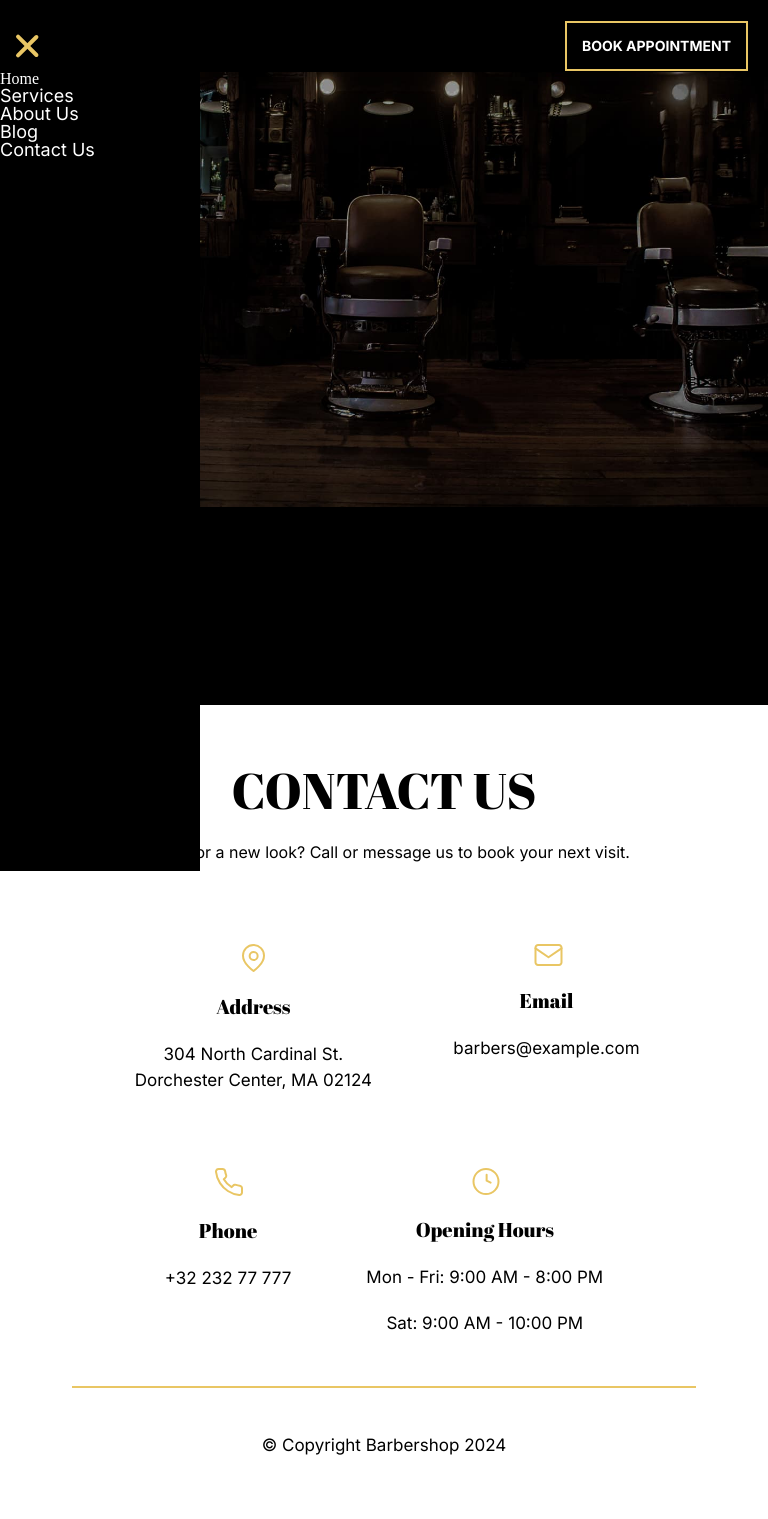
Repository: BogdanLazebnika/barbershop
Page: http://localhost/
An editor plug-in stored every save of this project. The page is shown before and after the next save, followed by the edit.
The browser window is 768 px wide. The pictures show the whole page.
After loading, the first visible `#burger` was clicked once.
The page is run by PHP 8.4 with error messages shown; the project is at /var/www/html/.

Above is the page before, as saved 2025-07-16 18:38:17.

### index.php
<!DOCTYPE html>
<html lang="en">
<head>
    <meta charset="UTF-8">
    <meta name="viewport" content="width=device-width, initial-scale=1.0">
    <title>Homepage Barbershop</title>

    <link rel="stylesheet" href="assets/css/reset.css">
    <link rel="stylesheet" href="assets/css/style.css">
    <link rel="stylesheet" href="assets/css/index.css">
</head>
<body>

    <!-- Header -->
    <?php include 'components/header.php'; ?>

    <main>
        <!-- фонове зображення головної сторінки -->
         <div class="background-image-homepage">
            <img src="assets/images/backgrounds/hero.jpg" alt="Background Image">
         </div>
    </main>

    <?php include 'components/footer.php'; ?>

</body>
</html>

### components/header.php
<?php
$current = basename($_SERVER['PHP_SELF']);
?>
<header class="header">
    <div class="center-header-container">
        <!-- Link to Header CSS -->
        <link rel="stylesheet" href="assets/css/header.css">
        <link rel="preconnect" href="https://fonts.googleapis.com">
        <link rel="preconnect" href="https://fonts.gstatic.com" crossorigin>
        <link href="https://fonts.googleapis.com/css2?family=Inter:ital,opsz,wght@0,14..32,100..900;1,14..32,100..900&display=swap" rel="stylesheet">

        <script src="assets/js/header.js" defer></script>


        <div class="header-left">
            <button class="burger" id="burger">
                <span></span>
                <span></span>
                <span></span>
            </button>
        </div>

        <nav class="nav">
            <ul class="nav-list">
                <li class="nav-item">
                    <?php if ($current == 'index.php'): ?>
                        <span class="active">Home</span>
                    <?php else: ?>
                        <a href="index.php">Home</a>
                    <?php endif; ?>
                </li>

                <li class="nav-item">
                    <?php if ($current == 'services.php'): ?>
                        <span class="active">Services</span>
                    <?php else: ?>
                        <a href="services.php">Services</a>
                    <?php endif; ?>
                </li>

                <li class="nav-item">
                    <?php if ($current == 'about.php'): ?>
                        <span class="active">About Us</span>
                    <?php else: ?>
                        <a href="about.php">About Us</a>
                    <?php endif; ?>
                </li>

                <li class="nav-item">
                    <?php if ($current == 'blog.php'): ?>
                        <span class="active">Blog</span>
                    <?php else: ?>
                        <a href="blog.php">Blog</a>
                    <?php endif; ?>
                </li>

                <li class="nav-item">
                    <?php if ($current == 'contact.php'): ?>
                        <span class="active">Contact Us</span>
                    <?php else: ?>
                        <a href="contact.php">Contact Us</a>
                    <?php endif; ?>
                </li>
            </ul>
        </nav>
        <a class="button-book-appointment" href="#">BOOK APPOINTMENT</a>
    </div>



</header>

### components/footer.php
<footer>
    <!-- Link to Footer CSS -->
    <link rel="stylesheet" href="assets/css/footer.css">

    <link rel="preconnect" href="https://fonts.googleapis.com">
    <link rel="preconnect" href="https://fonts.gstatic.com" crossorigin>
    <link href="https://fonts.googleapis.com/css2?family=Abril+Fatface&family=Inter:ital,opsz,wght@0,14..32,100..900;1,14..32,100..900&display=swap" rel="stylesheet">

    <link rel="preconnect" href="https://fonts.googleapis.com">
    <link rel="preconnect" href="https://fonts.gstatic.com" crossorigin>
    <link href="https://fonts.googleapis.com/css2?family=Inter:ital,opsz,wght@0,14..32,100..900;1,14..32,100..900&display=swap" rel="stylesheet">


    <h2>CONTACT US</h2>
    <p class="footer-text">Ready for a new look? Call or message us to book your next visit.</p>

    <ul class="footer-contacts">
        <li>
            <ul class="contact-item">
                <li class="contact-icon">
                    <img src="assets/images/icons/icon_location.svg" alt="location">
                </li>
                <li class="contact-label">Address</li>
                <li class="contact-text">
                    304 North Cardinal St. Dorchester Center, MA 02124
                </li>
            </ul>
        </li>

        <li>
            <ul class="contact-item">
                <li class="contact-icon">
                    <img src="assets/images/icons/icon_envelope.svg" alt="email">
                </li>
                <li class="contact-label">Email</li>
                <li class="contact-text"><a href="mailto:barbers@example.com">barbers@example.com</a></li>
            </ul>
        </li>

        <li>
            <ul class="contact-item">
                <li class="contact-icon">
                    <img src="assets/images/icons/icon_phone.svg" alt="phone">
                </li>
                <li class="contact-label">Phone</li>
                <li class="contact-text"><a href="tel:+1234567890">+32 232 77 777</a></li>
            </ul>
        </li>

        <li>
            <ul class="contact-item">
                <li class="contact-icon">
                    <img src="assets/images/icons/icon_clock.svg" alt="opening hours">
                </li>
                <li class="contact-label">Opening Hours</li>
                <li class="contact-text">Mon - Fri: 9:00 AM - 8:00 PM</li>
                <li class="contact-text">Sat: 9:00 AM - 10:00 PM</li>
            </ul>
        </li>
    </ul>

    <!-- додаємо лінію -->
    <hr>

    <p class="copyright">© Copyright Barbershop 2024</p>
</footer>

### assets/css/style.css
body{
    max-width: 1440px;

    margin-left: auto;
    margin-right: auto;
    background-color: black;
}

main{
    /* відступ для фіксованої шапки */
    min-height: calc(100vh - 95px);
}

### assets/css/index.css
.background-image-homepage{
max-width: 1000px;

}

.background-image-homepage img {
    width: 100%;

}

### assets/css/header.css
header {
  position: fixed;
  top: 0;
  left: 0;
  width: 100%;
  height: 92px;
  color: #ffffff;
  display: flex;
  align-items: center;
  justify-content: center;
  z-index: 1000;

  /* Усі переходи в одному місці */
  transition:
    transform 0.3s ease,
    background-color 0.3s ease,
    box-shadow 0.3s ease;

  transform: translateY(0);
}

header.hidden {
  transform: translateY(-100%);
}

header.scrolled {
  background-color: rgba(0, 0, 0, 0.5);
  box-shadow: 0 4px 10px rgba(0, 0, 0, 0.2);
  backdrop-filter: blur(6px);
}


.center-header-container{
    position: relative;
    display: flex;
    justify-content: space-between;
    width: 100%;
    margin-top: 40px;
    height: 50px;
    max-width: 1440px;
}

/* БУРГЕР */
.header-left{
    display: flex;
    align-items: center;
    gap: 20px;
    margin-left: 72px;
}
.burger {
    width: 30px;
    height: 20px;
    display: flex;
    flex-direction: column;
    justify-content: space-between;
    background: none;
    border: none;
    cursor: pointer;
    padding: 0;
}
.burger span {
    width: 100%;
    height: 4px;
    background: #E9C664;
    border-radius: 4px;
    transition: 0.3s ease;
    transform-origin: center;
}
/* логіка вікривання */
.burger.open span:nth-child(1) {
  transform: rotate(45deg) translateY(11px);
}

.burger.open span:nth-child(2) {
  opacity: 0;
}

.burger.open span:nth-child(3) {
  transform: rotate(-45deg) translateY(-11px);
}





/* Навігація  для ПК*/
@media screen and (min-width: 1024px) {
    nav {
        display: flex;
        align-items: center;

    }
    nav ul {
        display: flex;
        list-style: none;
        padding: 0;
        gap: 50px;
    }

    nav ul li a {
        text-decoration: none;
        color: #979797;
        font-size: 18px;
        font-family: "inter", sans-serif;
        font-weight: 400;
    }
    nav ul li a.active{
        color: #ffffff;
        font-weight: bold;
    }
    nav ul li span {
        text-decoration: none;
        color: #979797;
        font-size: 18px;
        font-family: "inter", sans-serif;
        font-weight: 400;
        cursor: pointer; /* щоб не було посилання */
    }
    nav ul li span.active{
        color: #ffffff;
        font-weight: bold;
    }


    /* робимо риску при наведені на навігацію яка висувається*/

    nav ul li a {
        position: relative;
    }

    nav ul li a::after {
        content: "";
        position: absolute;
        left: 0;
        right: 0;
        bottom: -7px;
        height: 2px;
        background: #E9C664;
        transform: scaleX(0);
        transition: transform 0.3s ease;
    }


    nav ul li a:hover::after{
        transform: scaleX(1);
    }
    nav ul li a.active::after {
        transform: scaleX(0);
        transition: none;
    }
}

.button-book-appointment{
    text-decoration: none;

    display: flex;
    align-items: center;
    justify-content: center;

    font-family: "inter", sans-serif;
    font-size: 14px;
    font-weight: bold;
    color: #ffffff;

    padding: 15px 15px;
    border: #E9C664 solid 2px;

    margin-right: 72px;
}





@media screen and (max-width: 1023px) {
    .header{
        height: 72px;
    }
}
@media screen and (max-width: 1023px) {
    .center-header-container{
        margin-top: 20px;
    }
}
@media screen and (max-width: 1023px) {
    .header-left{
        margin-left: 20px;
    }
}



@media screen and (max-width: 1023px) {
    nav{
        position: absolute;
        top: 50px;
        left: -200px;
        transition: left 0.3s ease;

        background-color: black;

        width: 200px;
        min-height: 100vh;
        overflow-x: auto;
    }
    nav.open {
        left: 0;
        transition: left 0.3s ease;
    }
    .nav-item a{
        font-family: "inter", sans-serif;
        font-size: 18px;
        font-weight: 400;
        color: #ffffff;
        text-decoration: none;
    }
    .header.open {
        background-color: black;
    }





}






@media screen and (max-width: 1023px) {
    .button-book-appointment{
        margin-right: 20px;
    }
}

### assets/css/footer.css
footer {
    background-color: #ffffff;
    padding: 60px 72px;
    text-align: center;
}

footer h2 {
    color: #000000;
    font-family: "Abril Fatface", serif;
    font-size: 50px;
    font-weight: 400;

    margin-bottom: 25px;
}
footer .footer-text{
    color: #000000;
    font-family: "inter", sans-serif;
    font-size: 16px;
    font-weight: 400;
    line-height: 1.5;


    margin-bottom: 80px;
}


.footer-contacts{
    display: flex;
    flex-wrap: wrap;
    gap: 75px;
    justify-content: center;

    margin-bottom: 50px;
}
.contact-item{
    display: flex;
    flex-direction: column;
    align-items: center;
    gap: 20px;
    max-width: 250px;
}

.contact-icon{
    width: 26px;
}

.contact-label{
    color: #000000;
    font-family: "abril fatface", serif;
    font-size: 20px;
    font-weight: 400;
    line-height: 1.5;
}
.contact-text{
    font-family: "inter", sans-serif;
    font-size: 17px;
    font-weight: 400;
    line-height: 1.5;
    color: #000000;
}
.contact-text a{
    color: #000000;
    text-decoration: none;
}
hr {
    border: 0;
    border-top: 2px solid #E9C664;
    margin-bottom: 45px;
}

.copyright{
    color: #000000;
    font-family: "inter", sans-serif;
    font-size: 17px;
    font-weight: 400;
    line-height: 1.5;
    text-align: center;
}

### assets/images/icons/footer/icon_location.svg
<svg width="23" height="28" viewBox="0 0 23 28" fill="none" xmlns="http://www.w3.org/2000/svg">
<path d="M22 11.636C22 19.909 11.5 27 11.5 27C11.5 27 0.99997 19.909 0.99997 11.636C0.982143 8.83325 2.07833 6.1382 4.04741 4.14361C6.0165 2.14901 8.69723 1.01824 11.5 1C14.3027 1.01824 16.9834 2.14901 18.9525 4.14361C20.9216 6.1382 22.0178 8.83325 22 11.636V11.636Z" stroke="#E9C664" stroke-width="2" stroke-linecap="round" stroke-linejoin="round"/>
<path d="M11.64 16.004C13.8492 16.004 15.64 14.2132 15.64 12.004C15.64 9.79489 13.8492 8.00403 11.64 8.00403C9.43088 8.00403 7.64001 9.79489 7.64001 12.004C7.64001 14.2132 9.43088 16.004 11.64 16.004Z" stroke="#E9C664" stroke-width="2" stroke-linecap="round" stroke-linejoin="round"/>
</svg>

### assets/images/icons/footer/icon_envelope.svg
<svg width="29" height="22" viewBox="0 0 29 22" fill="none" xmlns="http://www.w3.org/2000/svg">
<path d="M4.1 1.00034H24.9C25.5757 0.989335 26.2282 1.24602 26.7153 1.71439C27.2024 2.18275 27.4845 2.82477 27.5 3.50034V18.5003C27.4845 19.1759 27.2024 19.8179 26.7153 20.2863C26.2282 20.7547 25.5757 21.0113 24.9 21.0003H4.1C3.42434 21.0113 2.77176 20.7547 2.28466 20.2863C1.79756 19.8179 1.51549 19.1759 1.5 18.5003V3.50034C1.51549 2.82477 1.79756 2.18275 2.28466 1.71439C2.77176 1.24602 3.42434 0.989335 4.1 1.00034V1.00034Z" stroke="#E9C664" stroke-width="2" stroke-linecap="round" stroke-linejoin="round"/>
<path d="M27.5 4.38708L14.5 13.2701L1.5 4.38708" stroke="#E9C664" stroke-width="2" stroke-linecap="round" stroke-linejoin="round"/>
</svg>

### assets/images/icons/footer/icon_phone.svg
<svg width="28" height="28" viewBox="0 0 28 28" fill="none" xmlns="http://www.w3.org/2000/svg">
<path d="M26.9993 20.4661V24.3801C27.0004 24.7439 26.9255 25.1038 26.7794 25.437C26.6334 25.7701 26.4193 26.069 26.151 26.3146C25.8827 26.5602 25.5661 26.7471 25.2214 26.8633C24.8767 26.9794 24.5115 27.0223 24.1493 26.9891C20.1275 26.5535 16.2636 25.1819 12.8673 22.9841C9.70973 20.9822 7.03167 18.3096 5.0233 15.1561C2.81449 11.7536 1.43958 7.87797 1.0103 3.84414C0.977934 3.48295 1.02117 3.11897 1.13724 2.7754C1.25332 2.43184 1.43969 2.11622 1.68448 1.84867C1.92927 1.58111 2.22712 1.36748 2.55903 1.22138C2.89094 1.07529 3.24965 0.999945 3.6123 1.00014H7.5343C8.16804 0.993552 8.78259 1.21752 9.26348 1.63035C9.74437 2.04317 10.0588 2.61671 10.1483 3.24414C10.3138 4.49678 10.6208 5.72663 11.0633 6.91014C11.2392 7.37716 11.2772 7.88485 11.173 8.37287C11.0688 8.86089 10.8266 9.30873 10.4753 9.66314L8.8153 11.3201C10.678 14.5878 13.3879 17.2922 16.6593 19.1481L18.3193 17.4911C18.6751 17.1403 19.1238 16.8986 19.6125 16.7946C20.1012 16.6906 20.6095 16.7286 21.0773 16.9041C22.2634 17.3457 23.4955 17.652 24.7503 17.8171C25.3849 17.9058 25.9648 18.2247 26.3795 18.7132C26.7942 19.2016 27.0148 19.8256 26.9993 20.4661Z" stroke="#E9C664" stroke-width="2" stroke-linecap="round" stroke-linejoin="round"/>
</svg>

### assets/images/icons/footer/icon_clock.svg
<svg width="28" height="27" viewBox="0 0 28 27" fill="none" xmlns="http://www.w3.org/2000/svg">
<path d="M14 26C20.9036 26 26.5 20.4036 26.5 13.5C26.5 6.59644 20.9036 1 14 1C7.09644 1 1.5 6.59644 1.5 13.5C1.5 20.4036 7.09644 26 14 26Z" stroke="#E9C664" stroke-width="2" stroke-linecap="round" stroke-linejoin="round"/>
<path d="M14.625 6.66699V12.667L18.625 14.667" stroke="#E9C664" stroke-width="2" stroke-linecap="round" stroke-linejoin="round"/>
</svg>

### assets/js/header.js
// логіка вікривання меню
document.addEventListener('DOMContentLoaded', function () {
  const burger = document.querySelector('.burger');
  const nav = document.querySelector('.nav');
  const header = document.querySelector('header');

  // Відкривання/закривання по кліку на бургер
  burger.addEventListener('click', function (e) {
    e.stopPropagation(); // не передаємо клік вище
    burger.classList.toggle('open');
    nav.classList.toggle('open');
    header.classList.toggle('open');
  });

  // Закриття при кліку поза шапкою/меню
  document.addEventListener('click', function (e) {
    const isClickInside = header.contains(e.target);

    if (!isClickInside && nav.classList.contains('open')) {
      burger.classList.remove('open');
      nav.classList.remove('open');
    }
  });

  // Закриття при скролі поза меню, якщо відкрите
  window.addEventListener('scroll', function () {
    const navIsOpen = nav.classList.contains('open');

    if (navIsOpen) {
      burger.classList.remove('open');
      nav.classList.remove('open');
    }
  });
});


// стилізація шапки
let lastScroll = window.scrollY;
let header = document.querySelector('header');
let scrollUpDistance = 0;
let scrollDownDistance = 0;

window.addEventListener('scroll', () => {
  const currentScroll = window.scrollY;

  // Перевірка, чи меню відкрите
  const menuIsOpen = document.querySelector('.nav').classList.contains('open');
  if (menuIsOpen) {
    return; // Якщо меню відкрите — не ховаємо шапку
  }

  // ✅ Додаємо фон, якщо не на самому верху
  if (currentScroll > 0) {
    header.classList.add('scrolled');
  } else {
    header.classList.remove('scrolled');
  }

  // Скрол вниз
  if (currentScroll > lastScroll) {
    scrollUpDistance = 0;
    scrollDownDistance += currentScroll - lastScroll;

    if (scrollDownDistance > 250) {
      header.classList.add('hidden');
    }
  }

  // Скрол вгору
  else if (currentScroll < lastScroll) {
    scrollDownDistance = 0;
    scrollUpDistance += lastScroll - currentScroll;

    if (scrollUpDistance > 200) {
      header.classList.remove('hidden');
    }
  }

  lastScroll = currentScroll;
});

Loaded but not shown: assets/css/reset.css (common file)

After the next save:
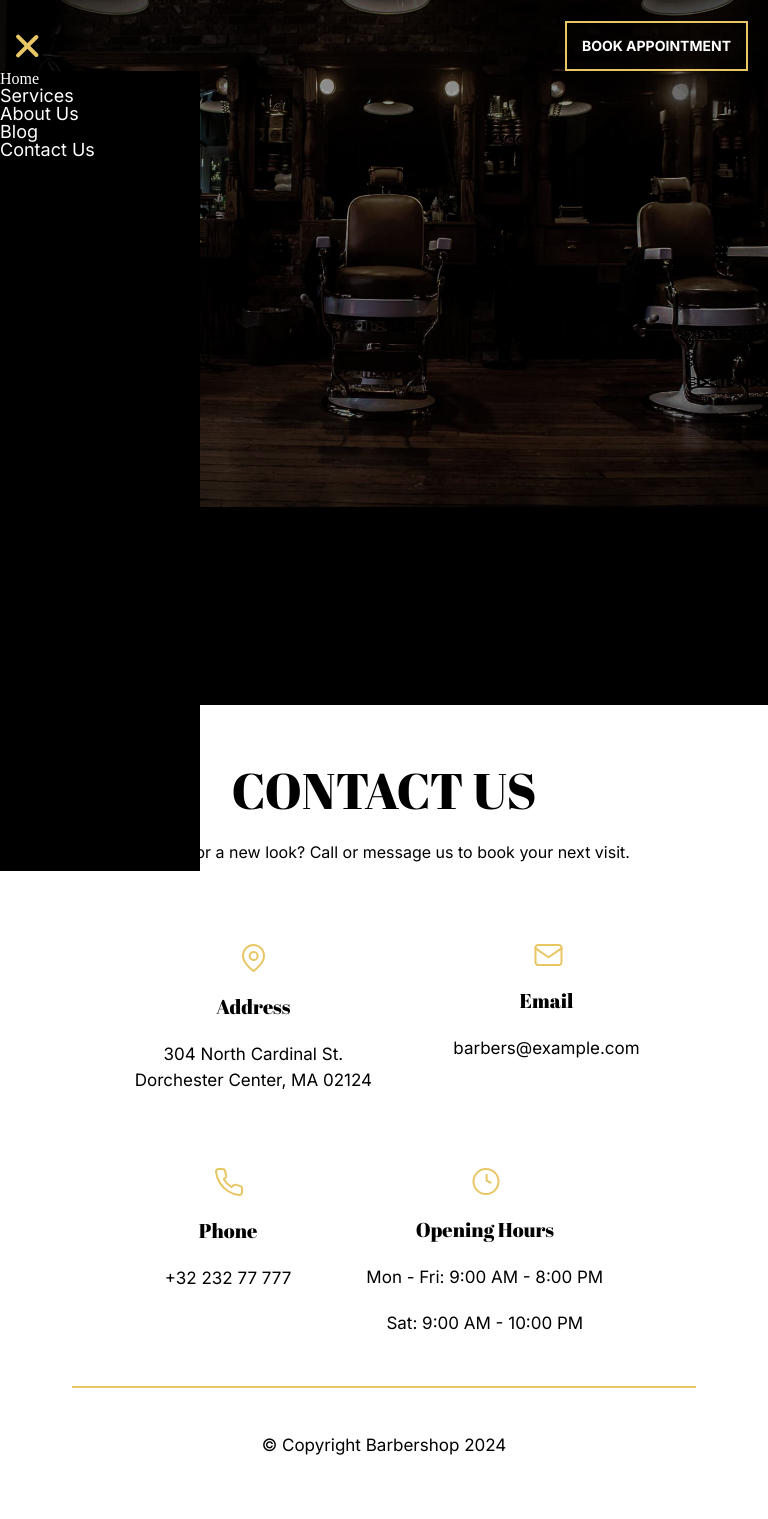
Saved 12 s later.
--- a/assets/css/header.css
+++ b/assets/css/header.css
@@ -215,7 +215,7 @@
         text-decoration: none;
     }
     .header.open {
-        background-color: black;
+        background-color: #;
     }
 
 
